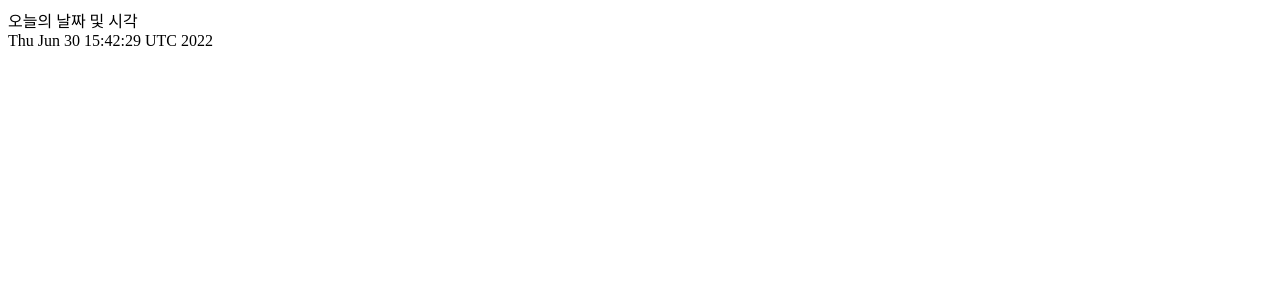
Repository: ekslffh/jsp-project
Page: http://localhost/JSPBook/ch05/out01_process.jsp
An editor plug-in stored every save of this project. The page is shown before and after the next save, followed by the edit.
The browser window is 1280 px wide. The pictures show the whole page.
The page is served by Tomcat 9.

Above is the page before, as saved 2022-07-06 15:02:27.

After the next save:
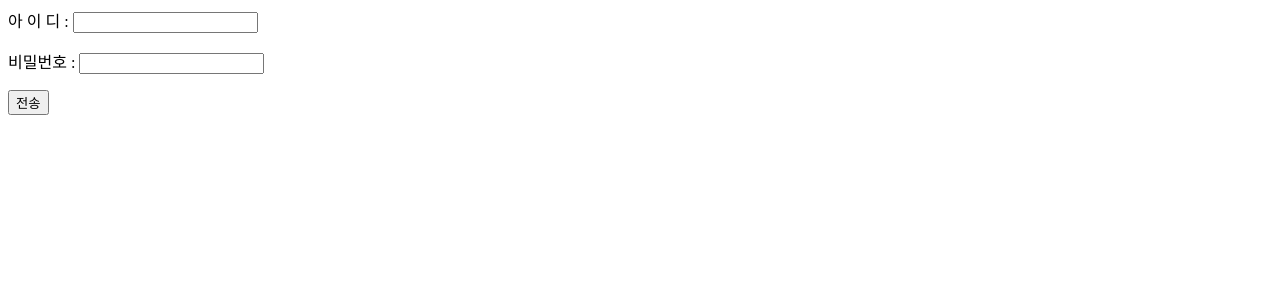
Saved 2 min 33 s later.
--- a/JSPBook/src/main/webapp/ch05/out01_process.jsp
+++ b/JSPBook/src/main/webapp/ch05/out01_process.jsp
@@ -1,14 +1,13 @@
-<%@page import="java.util.Calendar"%>
 <%@ page contentType="text/html; charset=utf-8"%>
 <html>
 <head>
-<meta http-equiv="Content-Type" content="text/html; charset=EUC-KR">
-<title>Insert title here</title>
+<title>Implicit Objects</title>
 </head>
 <body>
-	<%
-		out.println("오늘의 날짜 및 시각 " + "<br>");
-		out.println(Calendar.getInstance().getTime());
-	%>
+	<form action="out01_process.jsp" method="post">
+		<p> 아 이 디 : <input type="text" name="id">
+		<p> 비밀번호 : <input type="text" name="passwd">
+		<p> <input type="submit" value="전송" />
+	</form>
 </body>
 </html>
